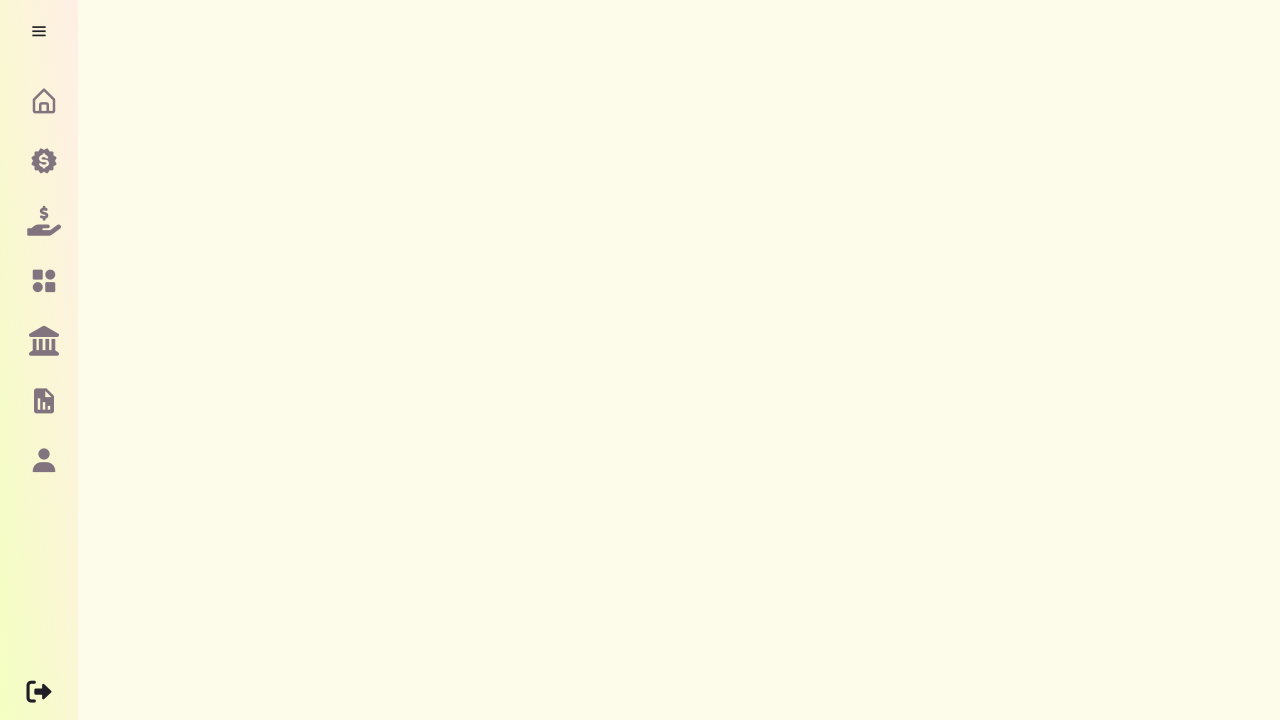
Repository: Dien973/expense_manager
Page: http://localhost/expense_manager/user_page/home.php
An editor plug-in stored every save of this project. The page is shown before and after the next save, followed by the edit.
The browser window is 1280 px wide. The pictures show the whole page.
The page is run by PHP 8.4 with error messages shown; the project is at /var/www/html/.

Above is the page before, as saved 2025-12-06 14:04:19.

### user_page/home.php
<?php

@include '../config.php';
session_start();
?>

<!DOCTYPE html>
<html lang="en">
<head>
    <meta charset="UTF-8">
   <meta http-equiv="X-UA-Compatible" content="IE=edge">
   <meta name="viewport" content="width=device-width, initial-scale=1.0">
   <title>Trang Chủ</title>

   <!-- font awesome cdn link  -->
   <link rel="stylesheet" href="https://cdnjs.cloudflare.com/ajax/libs/font-awesome/6.0.0/css/all.min.css">
   <link href='https://unpkg.com/boxicons@2.0.9/css/boxicons.min.css' rel='stylesheet'>

   <!-- custom css file link  -->
   <link rel="stylesheet" href="../css/main.css">
   <link rel="stylesheet" href="../css/sidebar.css">
</head>
<body>
    <?php @include 'sidebar.php'; ?>
</body>
</html>

### config.php
<?php
// Kết nối đến cơ sở dữ liệu MySQL
$servername = "localhost";
$username = "root";
$password = "";
$dbname = "qly_chi_tieu";

// Tạo kết nối
$conn = mysqli_connect($servername, $username, $password, $dbname);

// Kiểm tra kết nối
if (!$conn) {
    die("Connection failed: " . mysqli_connect_error());
}
?>

### user_page/sidebar.php
<?php @include 'sidebar.css'; ?>
<header class="header">
    <div class="sidebar">
        <div class="logo-content">
            <div class="logo">
                <i class='bx bx-dollar-circle'></i>
                <div class="logo-name">Monee</div>
            </div>
            <i class="bx bx-menu" id="btn"></i>
        </div>
        <ul class="nav-list">
            <li>
                <a href="home.php">
                    <i class="bx bx-home-alt"></i>
                    <span class="links-name">Trang Chủ</span>
                </a>
                    <span class="tooltip">Trang Chủ</span>
            </li>
            <li>
                <a href="income.php">
                    <i class='bx bxs-badge-dollar' ></i>
                    <span class="links-name">Thu Nhập</span>
                </a>
                    <span class="tooltip">Thu Nhập</span>
            </li>
            <li>
                <a href="expense.php">
                    <i class="fa-solid fa-hand-holding-dollar"></i>
                    <span class="links-name">Chi Tiêu</span>
                </a>
                    <span class="tooltip">Chi Tiêu</span>
            </li>
            <li>
                <a href="category.php">
                    <i class='bx bxs-category-alt' ></i>
                    <span class="links-name">Doanh Mục</span>
                </a>
                    <span class="tooltip">Doanh Mục</span>
            </li>
            <li>
                <a href="budget.php">
                    <i class="fa-solid fa-landmark"></i>
                    <span class="links-name">Ngân Sách</span>
                </a>
                    <span class="tooltip">Ngân Sách</span>
            </li>
            <li>
                <a href="report.php">
                    <i class='bx bxs-report' ></i>
                    <span class="links-name">Báo Cáo</span>
                </a>
                    <span class="tooltip">Báo Cáo</span>
            </li>
            <li>
                <a href="account.php">
                    <i class='bx bxs-user' ></i>
                    <span class="links-name">Tài Khoản</span>
                </a>
                    <span class="tooltip">Tài Khoản</span>
            </li>
        </ul>

        <div class="logout-item">
            <a href="../account/logout.php">
                <div class="logout">
                    <div class="logout-name">Đăng Xuất</div>
                </div>
                <i class="fa-solid fa-right-from-bracket"></i>
            </a>
    </div>


    </div>

    <script>
        let btn = document.querySelector("#btn");
        let sidebar = document.querySelector(".sidebar");

        btn.onclick = function(){
            sidebar.classList.toggle("active");
        }
    </script>
</header>

### css/main.css
body {
  background-color: rgb(253, 252, 234);
}
/*----------FORM ĐĂNG NHẬP------------*/
.form-container {
  display: flex;
  align-items: center;
  justify-content: center;
  min-height: 100vh;
}

.form-container form {
  padding: 1.5rem;
  border-radius: 0.5rem;
  border: #000 solid 2px;
  background-color: #ffffff;
  box-shadow: 0 0.5rem 1rem rgba(0, 0, 0, 0.1);
  width: 50rem;
  text-align: center;
}

.form-container form h3 {
  font-size: 2.5rem;
  text-transform: uppercase;
  color: #000;
  margin-bottom: 1rem;
}

.form-container form .box {
  width: 100%;
  padding: 1.2rem 1.4rem;
  font-size: 1.8rem;
  color: #000;
  border: #000 solid 2px;
  background-color: #fff;
  margin: 1rem 0;
  border-radius: 0.5rem;
  position: relative;
}

.form-container form i {
  color: #000;
  font-size: 2.5rem;
  margin-right: 1rem;
}

.form-container form p,
.form-container form .forgot-pwd {
  margin-top: 1.5rem;
  font-size: 2rem;
  color: #666;
}

.form-container form p a,
.form-container form .forgot-pwd a {
  color: #9e9d9d;
}

.form-container form p a:hover,
.form-container form .forgot-pwd a:hover {
  color: #567bb2;
}

/*-- forgot password --*/
.form-container form .forgot-pwd {
  margin-top: 1rem;
  margin-bottom: 1rem;
  font-size: 2rem;
}

/*--- BUTTON ---*/
.btn {
  display: inline-block;
  border-radius: 0.5rem;
  margin-top: 1rem;
  font-size: 1.8rem;
  color: #494848;
  cursor: pointer;
  padding: 1rem 3rem;
  text-transform: capitalize;
}

.btn {
  background-color: rgb(243, 241, 200);
}

.btn:hover {
  background-color: rgb(255, 252, 212);
}

/* --- EYE TRONG Ô INPUT --- */

.form-container form .inpt {
  position: relative;
  display: flex;
  align-items: center;
}

.form-container form .inpt input.box {
  width: 100%;
  padding-right: 45px;
  box-sizing: border-box;
}

.form-container form .toggle-eye,
.form-container form .eye {
  position: absolute !important;
  right: 15px !important;
  top: 50% !important;
  transform: translateY(-50%) !important;
  font-size: 42px;
  cursor: pointer;
  color: #aaa;
  z-index: 10;
}

/*---------- THÔNG BÁO------------*/
.message-overlay {
  position: fixed;
  top: 0;
  left: 0;
  width: 100%;
  height: 100%;
  background: rgba(0, 0, 0, 0.5);
  display: flex;
  justify-content: center;
  align-items: center;
  z-index: 20000;
}

/* Hộp thông báo */
.message-box {
  background: #fff;
  padding: 2rem 3rem;
  border-radius: 10px;
  text-align: center;
  min-width: 350px;
  max-width: 80%;
  box-shadow: 0 10px 25px rgba(0, 0, 0, 0.3);
  position: relative;
  animation: popupShow 0.25s ease-out;
}

/* Nội dung */
.message-box span {
  font-size: 2rem;
  color: #000;
}

/* Icon đóng */
.message-box i {
  position: absolute;
  top: 10px;
  right: 12px;
  font-size: 2.2rem;
  color: #c0392b;
  cursor: pointer;
  transition: 0.2s;
}

.message-box i:hover {
  transform: rotate(90deg);
}

/* Animation hiển thị */
@keyframes popupShow {
  from {
    opacity: 0;
    transform: scale(0.8);
  }
  to {
    opacity: 1;
    transform: scale(1);
  }
}

### css/sidebar.css
@import url("https://fonts.googleapis.com/css2?family=Poppins:wght@100;200;300;400;500;600&display=swap");
* {
  margin: 0;
  padding: 0;
  box-sizing: border-box;
  font-family: "Poppins", sans-serif;
}
body {
  position: relative;
  min-height: 100vh;
  width: 100%;
  overflow: hidden;
}
.sidebar {
  position: fixed;
  display: flex;
  flex-direction: column;
  width: 78px;
  height: 100%;
  top: 0;
  left: 0;
  background: linear-gradient(to top right, #f4ffc2, #ffefe6);
  padding: 6px 14px;
  transition: all 0.5s ease;
}

.sidebar .logo-content .logo {
  display: flex;
  align-items: center;
  height: 50px;
  width: 100%;
  color: #1f1e25;

  opacity: 0;
  pointer-events: none;
}
.logo-content .logo i {
  font-size: 28px;
  margin-right: 5px;
}
.logo-content .logo .logo-name {
  font-size: 20px;
  font-weight: 400;
}

.sidebar #btn {
  position: absolute;
  color: #1f1e25;
  left: 50%;
  top: 6px;
  font-size: 20px;
  height: 50px;
  width: 50px;
  text-align: center;
  line-height: 50px;
  transform: translateX(-50%);
}

.sidebar ul {
  margin-top: 20px;
  flex: 1;
}
.sidebar ul li {
  position: relative;
  height: 50px;
  width: 100%;
  margin: 0 5px;
  margin-bottom: 10px;
  list-style: none;
  line-height: 50px;
}
.sidebar ul li a {
  color: #81747f;
  display: flex;
  align-items: center;
  text-decoration: none;
  border-radius: 15px;
  transition: all 0.2s ease-in;
  white-space: nowrap;
}

.sidebar ul li i {
  font-size: 30px;
  height: 50px;
  min-width: 50px;
  border-radius: 12px;
  line-height: 50px;
  text-align: center;
}
.sidebar ul li a:hover {
  color: #000;
  font-weight: 600;
  background: rgba(255, 255, 255, 0.25);
}

.sidebar ul li .tooltip {
  position: absolute;
  left: 122px;
  top: 0;
  transform: translate(-50%, -50%);
  border-radius: 6px;
  height: 35px;
  width: 122px;
  background: rgba(255, 255, 255, 0.4);
  line-height: 35px;
  text-align: center;
  box-shadow: 0 5px 10px rgba(0, 0, 0, 0.2);
  transition: 0s;
  opacity: 0;
  pointer-events: none;
  display: block;
}
.sidebar ul li:hover .tooltip {
  transition: all 0.3s ease;
  top: 50%;
  opacity: 1;
}

.sidebar.active {
  width: 240px;
}
.sidebar.active .logo-content .logo {
  opacity: 1;
  pointer-events: none;
}

.sidebar.active #btn {
  left: 90%;
}

.sidebar.active ul li .tooltip {
  display: none;
}
.sidebar .links-name {
  opacity: 0;
  pointer-events: none;
  transition: all 0.5s ease;
}
.sidebar.active .links-name {
  opacity: 1;
  pointer-events: auto;
}

/* logout*/
.sidebar .logout-item {
  display: flex;
  cursor: pointer;
  position: relative;
}

.logout-item a i {
  position: absolute;
  color: #1f1e25;
  left: 50%;
  top: 3px;
  font-size: 25px;
  height: 50px;
  width: 50px;
  text-align: center;
  line-height: 50px;
  transform: translateX(-50%);
}

.sidebar.active i {
  left: 90%;
}

/**/
.sidebar .logout-item .logout {
  display: flex;
  align-items: center;
  height: 50px;
  width: 100%;
  color: #81747f;
  opacity: 0;
  pointer-events: none;
  transition: all 0.5s ease;
}

.sidebar.active .logout-item .logout {
  opacity: 1;
  pointer-events: none;
  text-align: center;
}

.logout-item .logout .logout-name {
  font-size: 20px;
  font-weight: 400;
  transition: all 0.3s ease;

  padding: 10px 20px;
}

.sidebar .logout-item:hover {
  color: #000;
  font-weight: 600;
  background: rgba(255, 255, 255, 0.25);
  transition: all 0.3s ease;
}

.sidebar .logout-item:hover .logout .logout-name {
  color: #000;
  transition: all 0.3s ease;
}

.sidebar .logout-item a {
  color: #81747f;
  text-decoration: none;
}

After the next save:
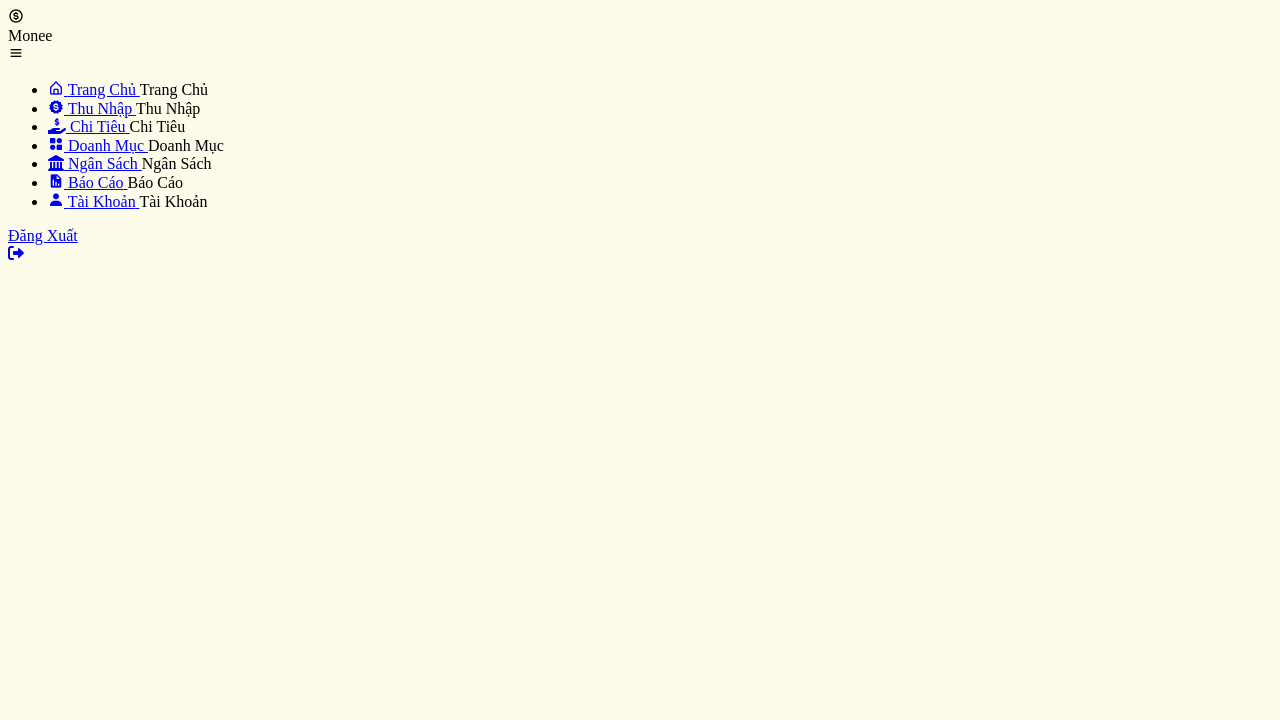
Saved 10 s later.
--- a/user_page/home.php
+++ b/user_page/home.php
@@ -18,7 +18,6 @@
 
    <!-- custom css file link  -->
    <link rel="stylesheet" href="../css/main.css">
-   <link rel="stylesheet" href="../css/sidebar.css">
 </head>
 <body>
     <?php @include 'sidebar.php'; ?>

After the save that followed:
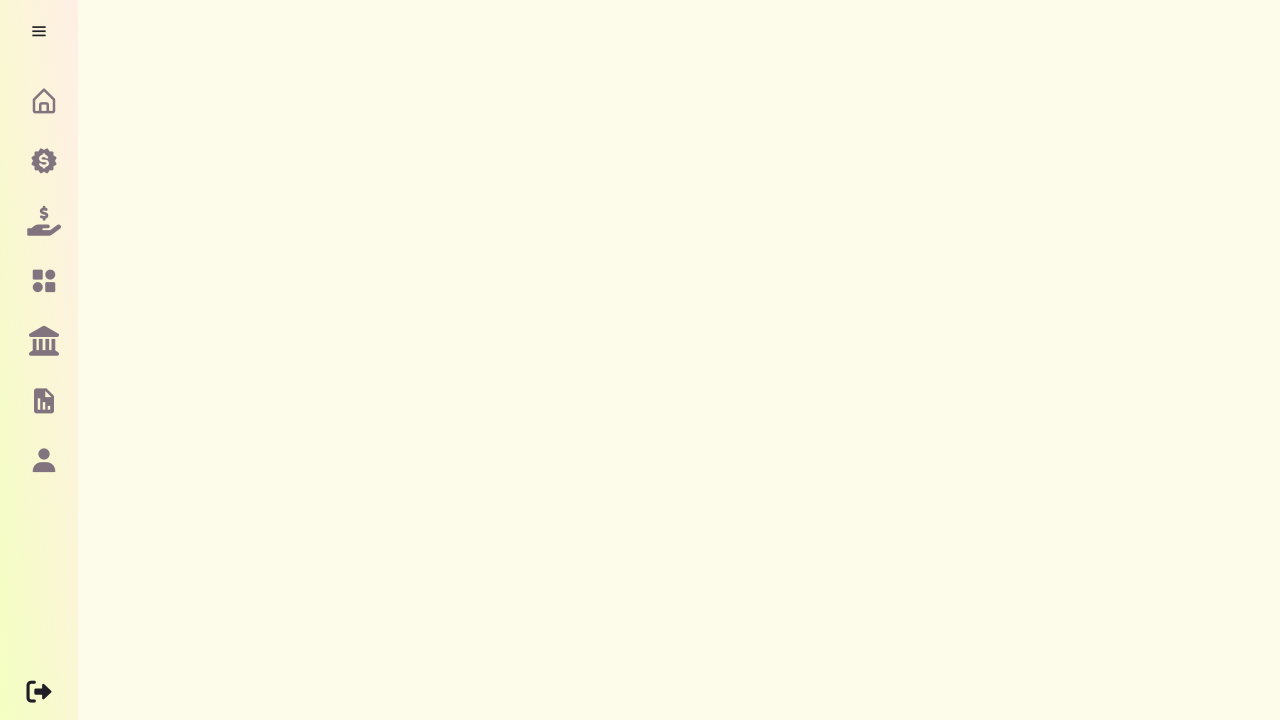
Saved 21 s later.
--- a/user_page/home.php
+++ b/user_page/home.php
@@ -18,6 +18,7 @@
 
    <!-- custom css file link  -->
    <link rel="stylesheet" href="../css/main.css">
+   <link rel="stylesheet" href="../css/sidebar.css">
 </head>
 <body>
     <?php @include 'sidebar.php'; ?>
